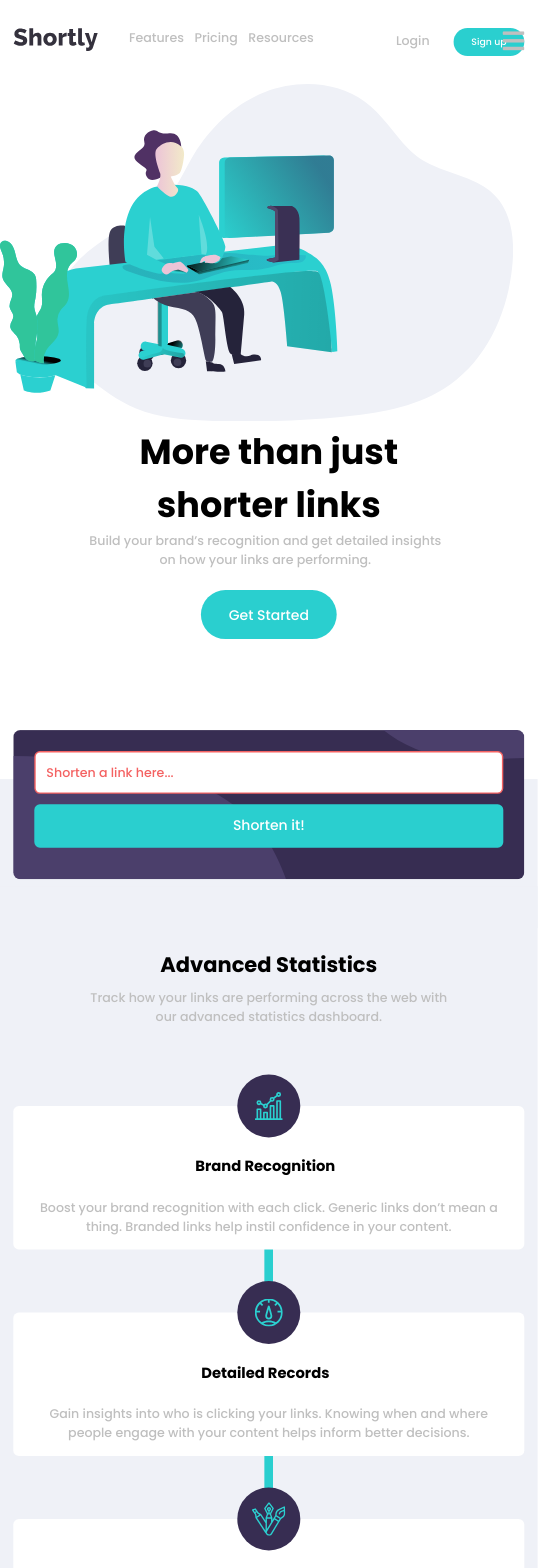
Repository: mamulini/URL-shortener
Page: index.html
An editor plug-in stored every save of this project. The page is shown before and after the next save, followed by the edit.
The browser window is 768 px wide. The pictures show the part of the page from y = 0 to 2240 px (the page is 3167 px tall), at 70% of full size.
Some web libraries are served in a nearby version. The style sheet was rebuilt from its Sass, Less or Tailwind sources for each picture, by a compiler version that may differ from the author's.

Above is the page before, as saved 2020-04-28 19:58:22.

After the next save:
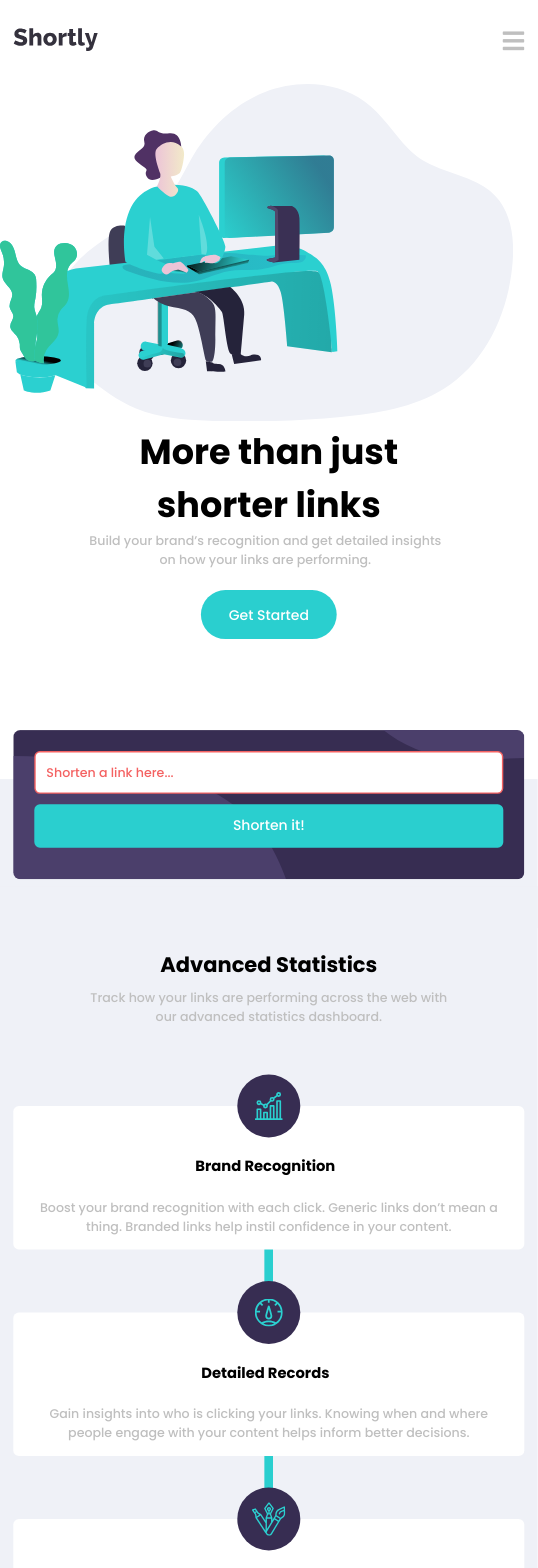
Saved 21 s later.
--- a/sass/main.scss
+++ b/sass/main.scss
@@ -51,7 +51,16 @@ img {
     justify-content: space-between;
     flex: 2;
     @media screen and (max-width: 768px) {
-
+        position: fixed;
+        color: var(--clr-light);
+        top: 0;
+        left: 0;
+        bottom: 0;
+        right: 0;
+        z-index: 100;
+        transform: translateX(100%);
+        transition: transform 500ms cubic-bezier(.5, 0, .5, 1 );
+        background: var(--clr-dark);
     }
 
     &__list{
